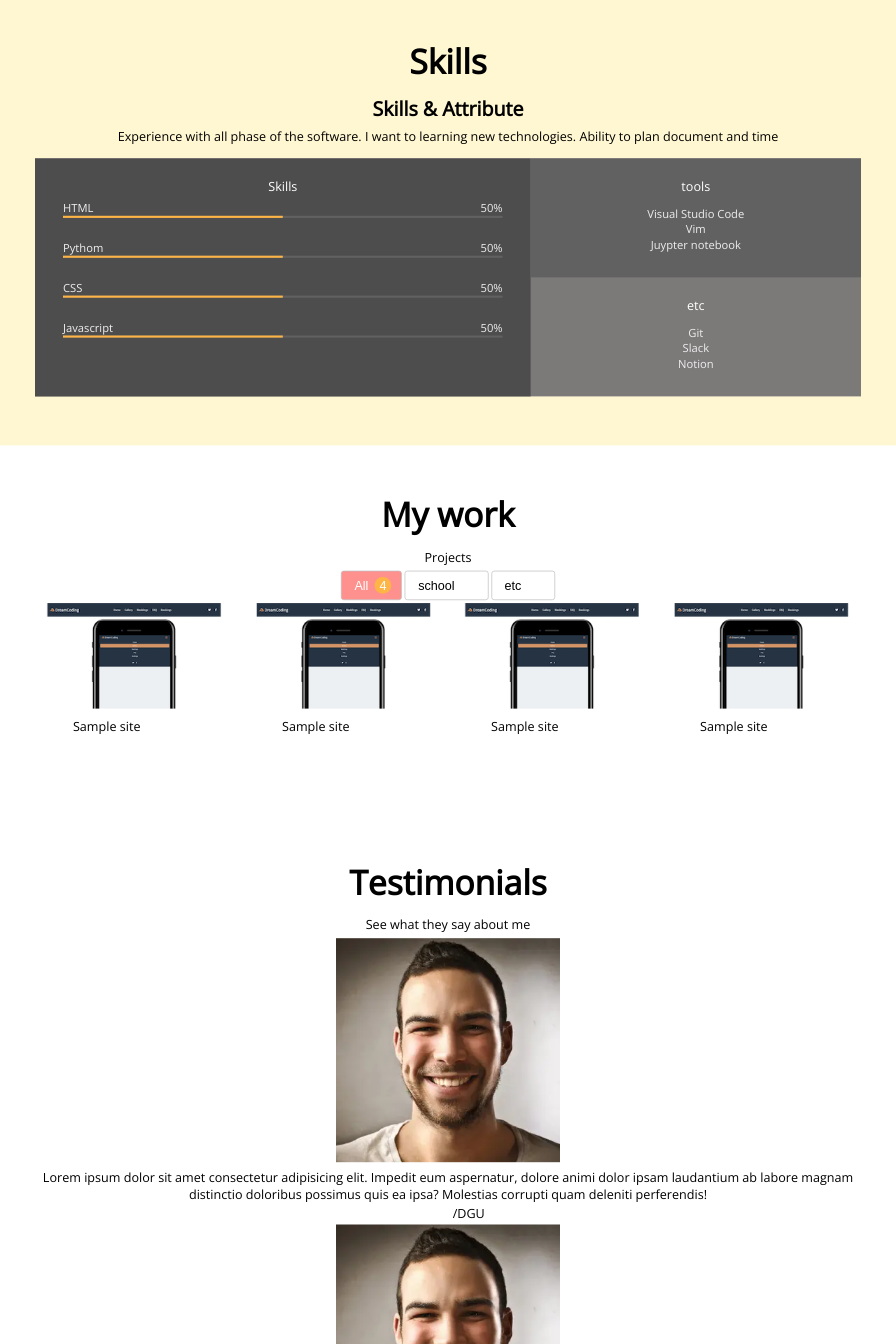
Repository: DongjaJ/portfolio
Page: index.html
The author's editor kept a copy of each file at every save. The page is drawn from the files as they stood at one save, then again after the next save.
The browser window is 1280 px wide. The pictures show the part of the page from y = 1606 to 3526 px (the page is 4111 px tall), at 70% of full size.
Some web libraries are served in a nearby version.

Above is the page before, as saved 2022-05-23 16:17:56.

After the next save:
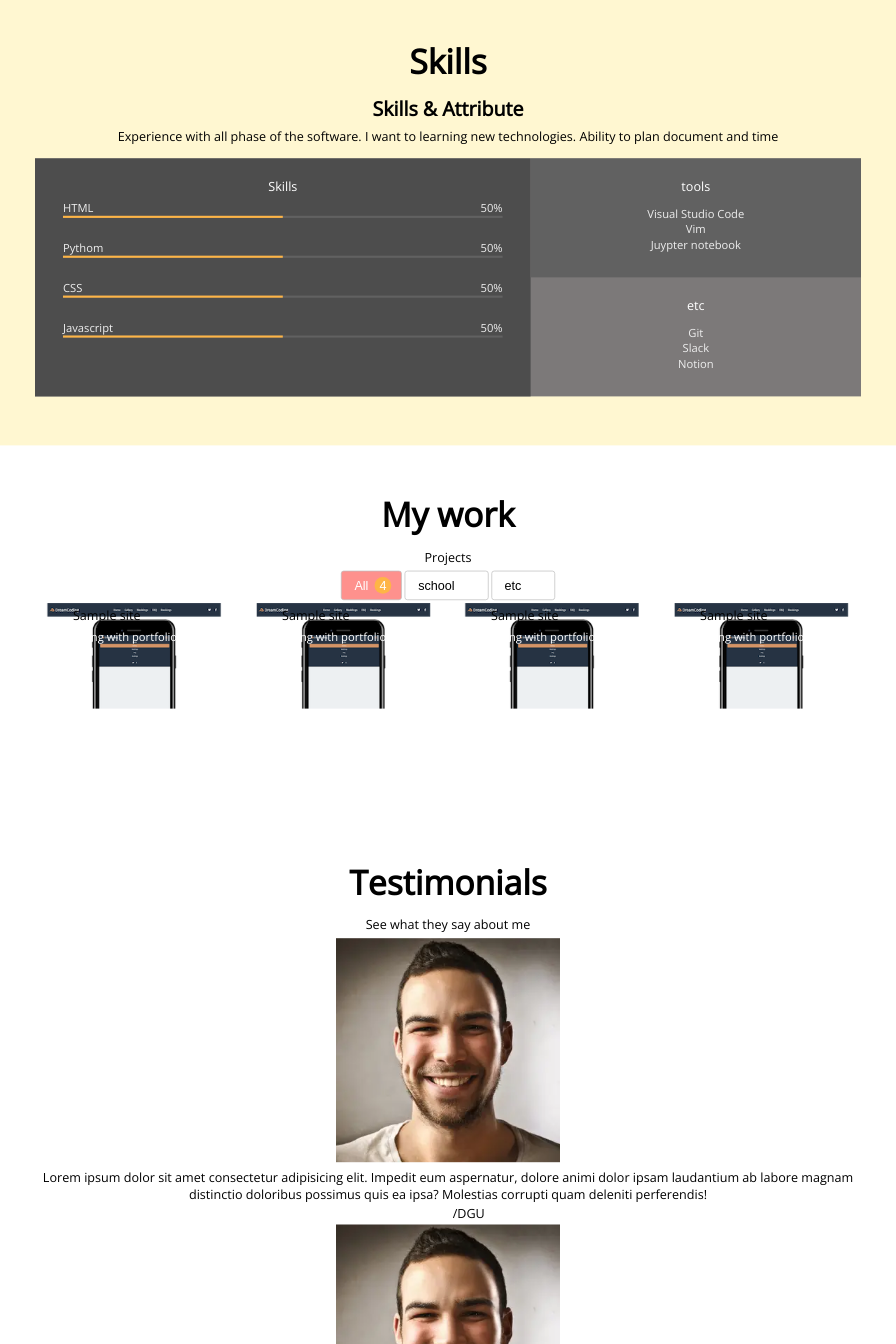
Saved 45 s later.
--- a/style.css
+++ b/style.css
@@ -334,4 +334,6 @@
 
 .project__description{
 	position: absolute;
-}
+	top: 0;
+	left: 0;
+}
